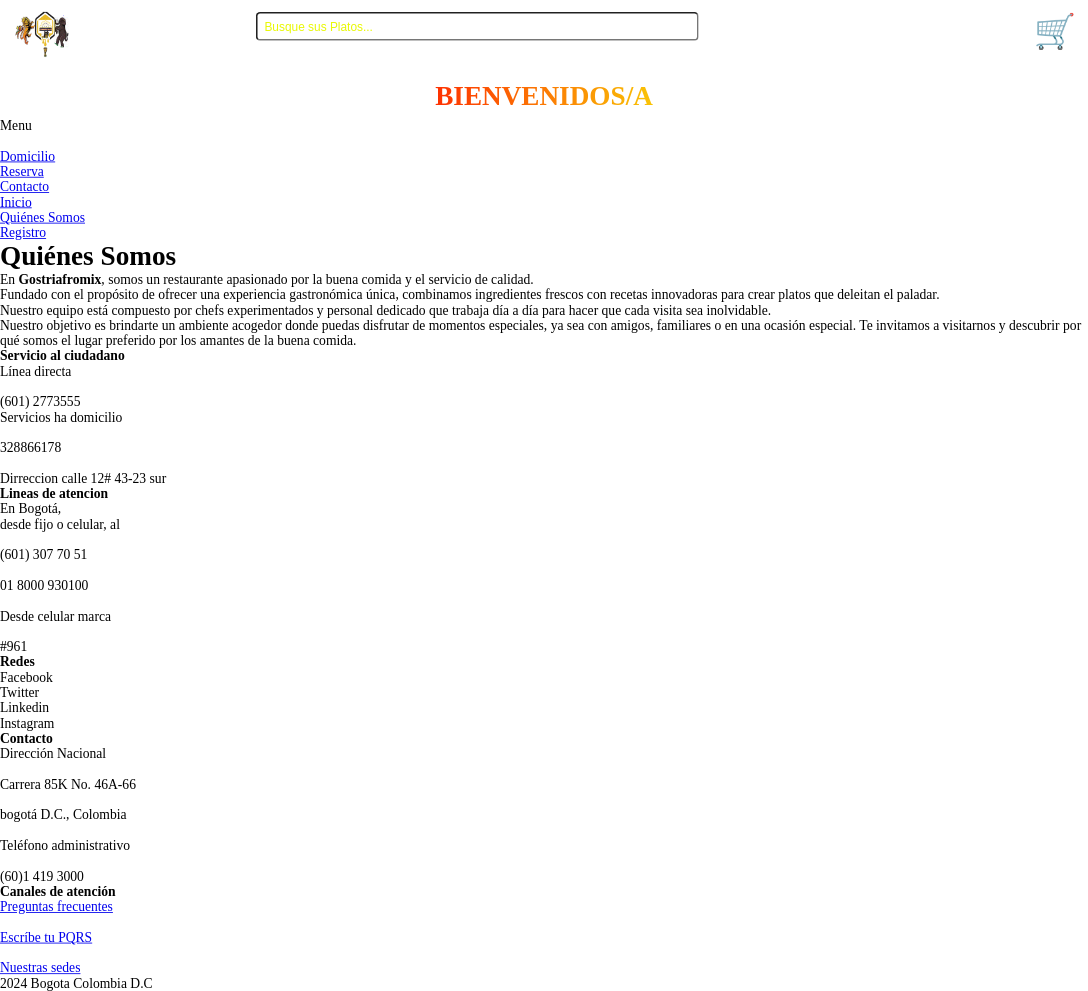
Repository: ye909/app_restaurante
Page: index.html
An editor plug-in stored every save of this project. The page is shown before and after the next save, followed by the edit.
The browser window is 1280 px wide. The pictures show the whole page, at 85% of full size.

Above is the page before, as saved 2025-01-11 17:07:40.
Console error: ReferenceError: menuItems is not defined

### index.html
<!DOCTYPE html>
<html lang="en">
<head>
  <meta charset="UTF-8">
  <meta name="viewport" content="width=device-width, initial-scale=1.0">
  <title>Restaurante</title>
  <link rel="stylesheet" href="./css/style.css">
  <link rel="stylesheet" href="./css/heder.css">
  <link rel="stylesheet" href="./css/opcion_menu.css">
  <link rel="stylesheet" href="./css/modal_card.css">
</head>
<body>


  <header>
    <div class="container_header_card">
      <div class="imagen"><img src="/public/imagen/login.gif" alt=""></div>

      <input type="text" id="buscar" class="buscar" placeholder="Busque sus Platos...">
      <ul id="productList" class="productList"></ul>

      <div id="cart-btn" class="shopping">🛒</div>

  </header>

  <h1 class="bienvenida" id="bienvenida">BIENVENIDOS/A</h1>
  <nav>
    <ul>
      <li id="menu-btn"> Menu</li>
      <li></li>
      </li>
      <li><a href="./public/templeis/domicilio.html" target="_blank">Domicilio</a></li>
      <li><a href="./public/templeis/reserva.html" target="_blank">Reserva</a></li>
      <li><a href="#contacto">Contacto</a></li>
      <li><a href="./public/templeis/login.html" target="_blank">Inicio</a></li>
      <li><a href="#somos">Quiénes Somos</a></li>
      <li><a href="./public/templeis/registro.html" target="_blank">Registro</a> </li>
    </ul>
  </nav>

  <main id="menu-view" class="menu-view">
    <div class="filter-buttons">
      <button class="filter" data-region="Todos">Todos</button>
      <button class="filter" data-region="Latinoamérica">Latinoamérica</button>
      <button class="filter" data-region="Centroamérica">Centroamérica</button>
      <button class="filter" data-region="Suramérica">Suramérica</button>
    </div>
    <div id="menu-items" class="menu-items"></div>
    <div><h1>aaas</h1></div>
    <audio id="clickSound" src="./public/audio/mouse_btn3.mp3"></audio>
  </main>

  <main id="cart-view" style="display: none;">
    <h2>Carrito de Compras</h2>
    <div id="cart-items" class="cart-items"></div>
    <div class="cart-total">
      <p>Total: <span id="cart-total">$0.00</span></p>
      <button id="back-to-menu">Volver al Menú</button>
    </div>
  </main>

  <div class="container quienes-somos" id="somos">
    <h1>Quiénes Somos</h1>
    <p>En <strong>Gostriafromix</strong>, somos un restaurante apasionado por la buena comida y el servicio de calidad.
      <br>
      Fundado con el propósito de ofrecer una experiencia gastronómica única, combinamos ingredientes frescos con
      recetas innovadoras para crear platos que deleitan el paladar. <br>
      Nuestro equipo está compuesto por chefs experimentados y personal dedicado que trabaja día a día para hacer que
      cada visita sea inolvidable.
    </p>
    <p>Nuestro objetivo es brindarte un ambiente acogedor donde puedas disfrutar de momentos especiales, ya sea con
      amigos, familiares o en una ocasión especial. Te invitamos a
      visitarnos y descubrir por qué somos el lugar preferido por los amantes de la buena comida.</p>
  </div>


<footer>
  <div class="conataine_footer">
    <div>
      <h4>Servicio al ciudadano</h4>
      <p><span>L</span>ínea directa <br> <br> (601) 2773555</p>
      <p id="domicilio"><span>S</span>ervicios ha domicilio<br> <br>328866178 <br><br>Dirreccion calle 12# 43-23 sur
      </p>

    </div>

    <div>
      <h4>Lineas de atencion</h4>
      <p><span>E</span>n Bogotá, <br> desde fijo o celular, al <br><br>
        (601) 307 70 51 <br><br>
        01 8000 930100 <br><br>
        <span>D</span>esde celular marca <br><br>
        #961
      </p>
    </div>
    <div>
      <h4>Redes</h4>
      <div><a href=""><i class="fa-brands fa-facebook"> </i></a> Facebook</div>
      <div><a href=""><i class="fa-brands fa-twitter"></i></a>Twitter</div>
      <div><a href=""><i class="fa-brands fa-linkedin"></i> </a>Linkedin</div>
      <div><a href=""><i class="fa-brands fa-instagram"></i></a> Instagram</div>
    </div>
    <div>
      <h4 id="contacto">Contacto</h4>
      <p><span>D</span>irección Nacional<br><br>
        <span>C</span>arrera 85K No. 46A-66<br><br>
        <span>b</span>ogotá D.C., Colombia<br><br>
        <span>T</span>eléfono administrativo<br><br>
        (60)1 419 3000
      </p>
    </div>

    <div>
      <h4> Canales de atención</h4>
      <p><a href="#">Preguntas frecuentes</p></a><br>
      <p><a href="#">Escríbe tu PQRS</p></a><br>
      <p><a href="#">Nuestras sedes</p></a>
    </div>
  </div>
</footer>
<div class="container_final">2024 Bogota Colombia D.C</div>


  <script src="./js/script.js"></script>
  <script src="./js/productos.js"></script>
  <script src="./js/dinamico.js"></script>
</body>
</html>

### css/style.css

*{
  padding: 0%;
  margin: 0%;
  transition: all;
  scroll-behavior: smooth;
}



  .filter-buttons {
    margin: 20px;
    text-align: center;
  }

  .filter {
    margin: 5px;
    padding: 10px 15px;
    background-color: #007bff;
    color: white;
    border: none;
    cursor: pointer;
    border-radius: 5px;
  }

  .filter:hover {
    background-color: #0056b3;
  }

  .menu-items, .cart-items {
    display: grid;
    grid-template-columns: repeat(auto-fit, minmax(250px, 1fr));
    gap: 20px;
    margin: 20px;
  }

  .card {
    background: white;
    border: 1px solid #ddd;
    border-radius: 5px;
    padding: 15px;
    text-align: center;
  }

  .card img {
    width: 100%;
    height: 150px;
    object-fit: cover;
    border-radius: 5px;
  }

  .card button {
    margin-top: 10px;
    background-color: #007bff;
    color: white;
    border: none;
    padding: 10px;
    border-radius: 5px;
    cursor: pointer;
  }

  .card button:hover {
    background-color: #0056b3;
  }

  .cart-total {
    text-align: right;
    margin: 20px;
  }

  .cart-total button {
    background-color: #007bff;
    color: white;
    border: none;
    padding: 10px 15px;
    cursor: pointer;
    border-radius: 5px;
  }

  .cart-total button:hover {
    background-color: #0056b3;
  }

### css/heder.css
.container_header_card{
    display: flex;
    justify-content: space-between;
    justify-items: center;
    flex-direction: row;
    flex-wrap: wrap;
    padding: 14px;
    }

 .productList {
     list-style-type: none;
     padding: 0;
 }

 .productList li {
     padding: 10px;
     border-bottom: 1px solid #ccc;
 }

 .productList li:last-child {
     border-bottom: none;
 }

  .container_header_card img{
    width: 70px;
}
  .shopping{
    font-size: 40px;
cursor: pointer;
}
.buscar::placeholder{
    color:rgb(232, 248, 3);
    font-size: 14px;
}

.buscar {
    width: 40%;
    height: 1.9vh;
    background:transparent;
    color:white;
    font-size: 18px;
    border-radius: 5px;
    margin-left: 20px;
}
:is(.bienvenida,
 .buscar){
     padding: 8px;
 }
 .bienvenida{
    background-image:linear-gradient(to left, rgb(4, 151, 4), rgb(248, 244, 7),  red,rgb(14, 14, 240));
    -webkit-text-fill-color:transparent;
    -webkit-background-clip: text;
    background-clip: text;
    text-align: center;


}

### css/opcion_menu.css
.menu-view{
    display: none;
}

### css/modal_card.css
ntainer_fondo_card {
    width: 100%;
    background: rgba(226, 225, 231, 0.6);
    top: 0;
    bottom: 0;
    left: 0;
    right: 0;
    max-height: 100%;
    position: fixed;
    margin: 4px;
    color: white;
    display: none;
    overflow: scroll;
  }

  .modal-header{
    display: flex;
    justify-content: space-between;
    flex-direction: row;
    flex-wrap: wrap;
  }
  .ventana_modal {
      width: 15%;
      padding: 10px;
      background: rgba(0, 0, 0, 0.4);
      border-radius: 10px;

  }
  .modal-header img {
    width: 50px;
  }
  .btnclose {
    font-size: 20px;
    cursor: pointer;
  }

  .modal-foote {
    min-height: 100vh;
    display: grid;
    grid-template-rows: auto 1fr auto;
    z-index: 2;
  }
  .img_modal{
      object-fit: cover;
      width: 90px;
      border-radius:4px;
  }






  /*



  .close{
      display: flex;
      justify-content: space-between;
      align-items: center;
      margin: 20px;
  }
  .container_modal_card{
      display: none;
      position: fixed;
      width: 100%;

  }


  #shopping{
      cursor: pointer;
      font-size: 30px;
  }



  .delete:hover{
      background:red;
      border-radius:none;
  } */

  /* .modal-body{
      display: flex;
      justify-content: space-around;
      align-items: center;
      flex-direction: row;
      flex-wrap: wrap;
      margin:0px 60px;
      width: 90%;
  }
  .texto_parafo{
      color: yellow;
      text-shadow: rgb(3, 1, 17) 4px 2px 2px ;
  }
  .container_reserva{
      text-align: center;

  }
  .ventana_modal{
      text-align: center;
      background:rgba(7, 7, 7, 0.3);
  padding: 10px;
  margin: 10px;
  width: 18%;
  border-radius: 10px;

  box-shadow: blue 1px 1px 1px  2px ;
  }
  .ventana_modal p{
      color:white;
      font-size: 16px;
  }
  .modal_titulo{
      color:yellow;
      padding: 10px;
  }
  .ventana_modal button{
      width: 100px;
      padding: 7px;
      background:transparent;
      color:white;
      border-radius:15px;

  }
  .ventana_modal button:hover{
      background:black;
      box-shadow: blue 1px 1px 1px  1px ;
  }



   */

### js/script.js

  let cart = [];
  let selectedRegion = "Todos";

  const menuView = document.getElementById("menu-view");
  const cartView = document.getElementById("cart-view");
  const menuItemsContainer = document.getElementById("menu-items");
  const cartItemsContainer = document.getElementById("cart-items");
  const cartTotal = document.getElementById("cart-total");

  document.querySelectorAll(".filter").forEach(button => {
    button.addEventListener("click", () => {
      selectedRegion = button.getAttribute("data-region");
      renderMenu();
    });
  });

  document.getElementById("menu-btn").addEventListener("click", () => {
    menuView.style.display = "block";
    cartView.style.display = "none";
  });

  document.getElementById("cart-btn").addEventListener("click", () => {
    menuView.style.display = "none";
    cartView.style.display = "block";
    renderCart();
  });

  document.getElementById("back-to-menu").addEventListener("click", () => {
    menuView.style.display = "block";
    cartView.style.display = "none";
  });

  function renderMenu() {
    menuItemsContainer.innerHTML = "";
    const filteredItems = selectedRegion === "Todos" ? menuItems : menuItems.filter(item => item.region === selectedRegion);
    filteredItems.forEach(item => {
      const card = document.createElement("div");
      card.className = "card";
      card.innerHTML = `
        <img src="${item.image}" alt="${item.name}">
        <h3>${item.name}</h3>
        <p>${item.description}</p>
        <p><strong>$${item.price.toFixed(2)}</strong></p>
        <button onclick="addToCart(${item.id})">Agregar</button>
      `;
      menuItemsContainer.appendChild(card);
    });
  }

  function renderCart() {
    cartItemsContainer.innerHTML = "";
    cart.forEach(item => {
      const cartItem = document.createElement("div");
      cartItem.className = "card";
      cartItem.innerHTML = `
        <h3>${item.name}</h3>
        <p>Cantidad: ${item.quantity}</p>
        <p><strong>$${(item.price * item.quantity).toFixed(2)}</strong></p>
      `;
      cartItemsContainer.appendChild(cartItem);
    });
    const total = cart.reduce((sum, item) => sum + item.price * item.quantity, 0);
    cartTotal.textContent = `$${total.toFixed(2)}`;
  }

  function addToCart(id) {
    const item = menuItems.find(item => item.id === id);
    const cartItem = cart.find(item => item.id === id);
    if (cartItem) {
      cartItem.quantity++;
    } else {
      cart.push({ ...item, quantity: 1 });
    }
  }

  renderMenu();

### js/productos.js
const menuItems = [
  { id: 1, name: "Tacos al Pastor", description: "Delicious tacos", price: 12.99, image: "https://via.placeholder.com/150", region: "Latinoamérica" },
  { id: 2, name: "Pupusas", description: "Thick griddle cakes", price: 9.99, image: "https://via.placeholder.com/150", region: "Centroamérica" },
  { id: 3, name: "Ceviche", description: "Fresh seafood", price: 15.99, image: "https://via.placeholder.com/150", region: "Suramérica" },
];


// const menuItems = [

//     {
//       id:1,
//       nombre: "Bebida caliente",
//       img: "./public/imagen/bebidas_calientes1.PNG",
//       precio: 20000,
//       descripcion1: "hecho en los mejores lugares de paris",
//       cantidad: 1,
//     },

//     {
//       id:4,
//     precio:10000,
//     nombre:"carne",
//     img:"./public/imagen/mexica1.jpg",
//       descripcion:"Los tacos son uno de los mida "
//     , descripcion1:"tanos"
//     },
//     {
//       id:5,
//       precio:100,
//       nombre:"Sancocho",
//       img:"./public/imagen/sancocho.webp",
//         descripcion:"ya no kkkkk",
//          descripcion1:"plato de casula"
//     },
//     {
//       id:6,
//       precio:30000,
//     nombre:"Lechona",
//     img:"./public/imagen/mexica2.jpg",
//       descripcion:"La lechona es un plato típico de la "
//      ,descripcion1:"plátanos rellenos"
//     },
//     {
//       id:7,
//     precio:90000,
//     nombre:"Postre",
//     img:"./public/imagen/postre2.PNG",
//       descripcion:"ya nhhjshhshao ",
//        descripcion1:"Sabor y dulsura en el plato"
//     },
//     {
//       id:8,
//     precio:10000,
//     nombre:"Coltel",
//     img:"./public/imagen/coltel.webp",
//       descripcion:"Los tacos son uno de comida "
//     , descripcion1:"tanos"
//     },

//     {
//       id:10,
//       precio:30000,
//     nombre:"Cerveza",
//     img:"./public/imagen/cervezas.webp",
//       descripcion:"La lechona es un conoce como "
//      ,descripcion1:"plátanos rellenos"
//     },
//     {
//       id:9,
//       precio:100,
//       nombre:"plátanos rellenos",
//       img:"./public/imagen/platano.PNG",
//         descripcion:"ya no kkkkk",
//          descripcion1:"Rellenos de bocadillo y queso"
//     },
//     {
//       id:10,
//       precio:30000,
//     nombre:"Jugos",
//     img:"./public/imagen/JUGOS_NATURALES.jpg",
//       descripcion:"La lechona es unente se conoce como "
//      ,descripcion1:"plátanos rellenos"
//     },
//     {
//       id:11,
//     precio:90000,
//     nombre:"Arrozanas",
//     img:"./public/imagen/mexico6.jpg",
//       descripcion:"ya nhhjshhshao ",
//        descripcion1:"plátanos rellenos"
//     },
//     {
//     id:11,
//     precio:90000,
//     nombre:"Licor",
//     img:"./public/imagen/licores.webp",
//       descripcion:"ya nhhjshhshao ",
//        descripcion1:"plátanos rellenos"
//     }
//     //    contenido:"ya no"
//   ];

### js/dinamico.js

 const menuview = document.getElementById("menu-view")
const menu_principal=document.getElementById("menu_principal").addEventListener("click",ver_menu)

function ver_menu() {
  menuview.style.display="inline"
}
// texto de bienvenida

setTimeout(()=>{
    const bienvenida = document.getElementById("bienvenida").remove()
    bienvenida.style.transition=" background-color 0.3s ease, transform 0.7s ease; "
},3000)


// audio de los botones
const playSound = function () {
    var audio = document.getElementById("clickSound");
    audio.play();
  }



// // Ejemplo de notificación (opcional)
// document.getElementById('btnboton_agregar').addEventListener('click', () => {
//     if (Notification.permission === 'granted') {
//         new Notification('¡Hola desde tu PWA!');
//     } else if (Notification.permission !== 'denied') {
//         Notification.requestPermission().then((permission) => {
//             if (permission === 'granted') {
//                 new Notification('¡Hola desde tu PWA!');
//             }
//         });
//     }
// });

After the next save:
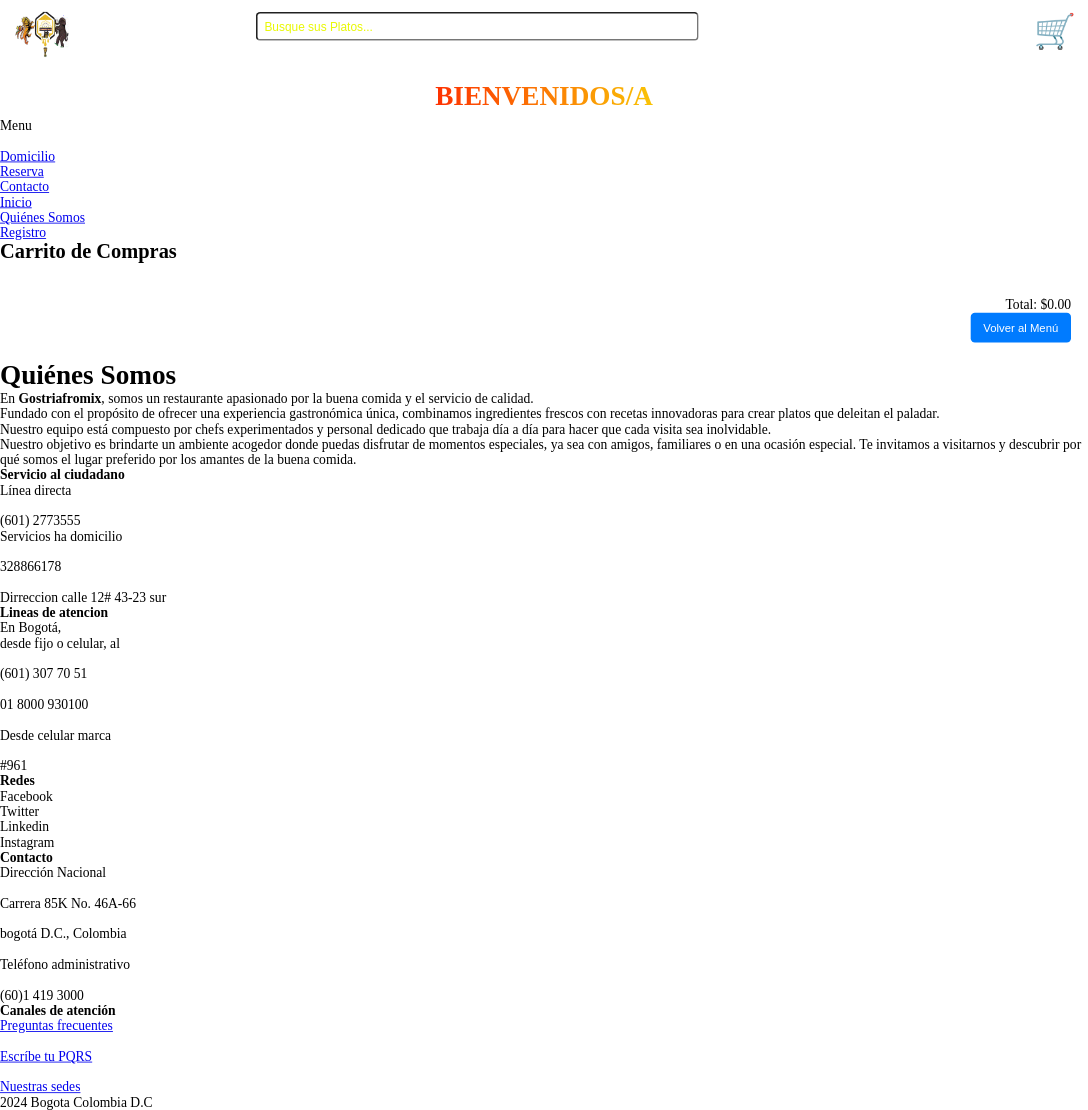
Saved 6 min 23 s later.
--- a/index.html
+++ b/index.html
@@ -50,8 +50,9 @@
     <audio id="clickSound" src="./public/audio/mouse_btn3.mp3"></audio>
   </main>
 
-  <main id="cart-view" style="display: none;">
+  <main id="cart-view" >
     <h2>Carrito de Compras</h2>
+
     <div id="cart-items" class="cart-items"></div>
     <div class="cart-total">
       <p>Total: <span id="cart-total">$0.00</span></p>

After the 2 saves that followed:
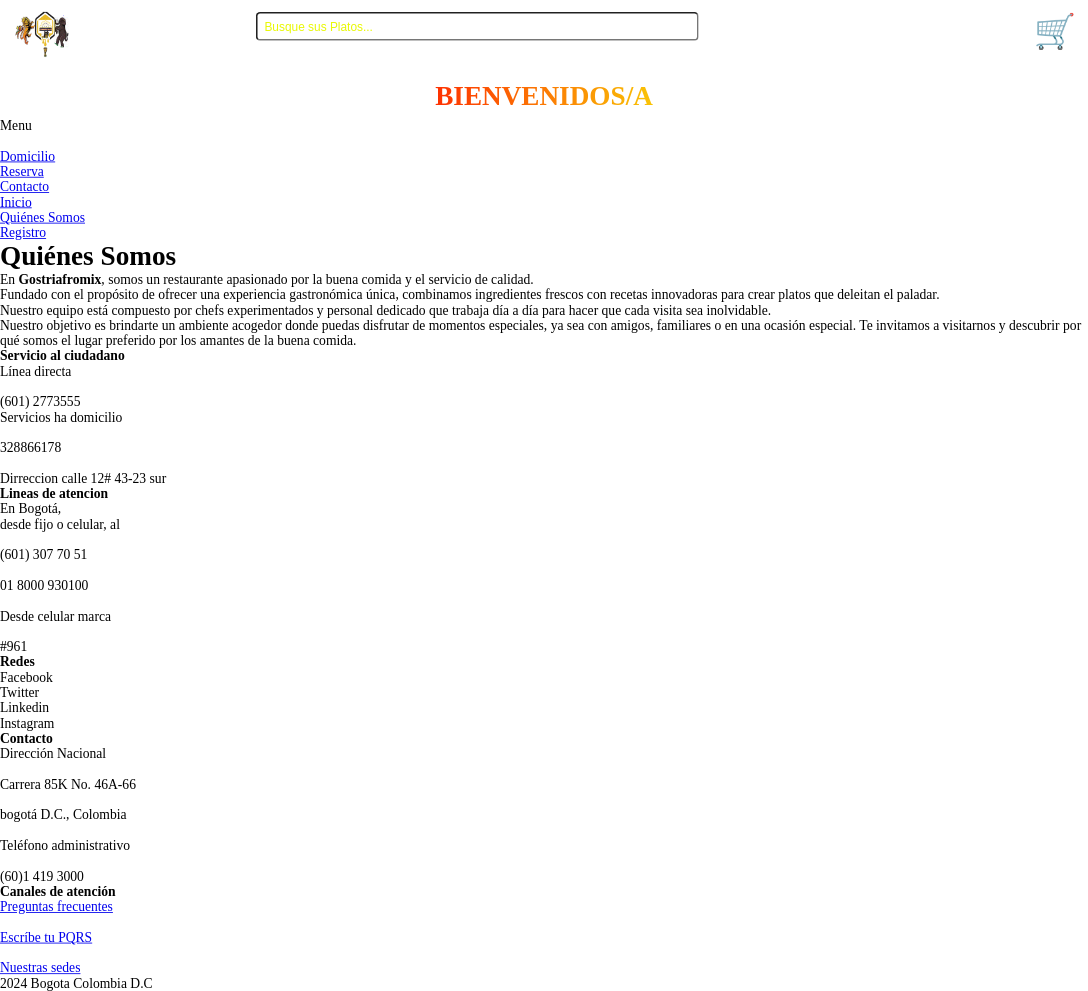
The 2 saves are shown as one change because 1 left the picture as it was.
The last was saved 51 s later.
--- a/index.html
+++ b/index.html
@@ -50,7 +50,7 @@
     <audio id="clickSound" src="./public/audio/mouse_btn3.mp3"></audio>
   </main>
 
-  <main id="cart-view" >
+  <main id="cart-view"  class="cart-view">
     <h2>Carrito de Compras</h2>
 
     <div id="cart-items" class="cart-items"></div>
--- a/css/style.css
+++ b/css/style.css
@@ -26,13 +26,15 @@
   .filter:hover {
     background-color: #0056b3;
   }
-
-  .menu-items, .cart-items {
+  .cart-view{
+    display: none;
+  }
+  /* .menu-items, .cart-items {
     display: grid;
     grid-template-columns: repeat(auto-fit, minmax(250px, 1fr));
     gap: 20px;
     margin: 20px;
-  }
+  } */
 
   .card {
     background: white;
